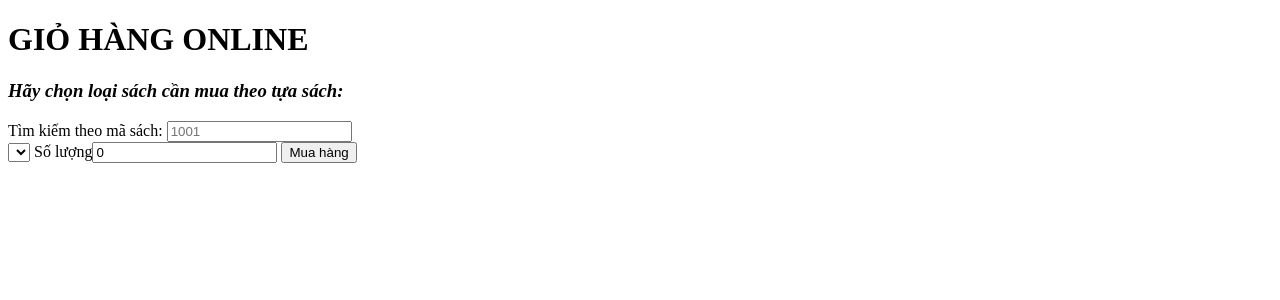
Repository: trangtruc/Java_NangCao
Page: http://localhost/Demo_Database/Myeshop.jsp
The author's editor kept a copy of each file at every save. The page is drawn from the files as they stood at one save, then again after the next save.
The browser window is 1280 px wide. The pictures show the whole page.
The page is served by Tomcat 9. Other server files are loaded and not shown. Queries for data that is not in the repository find no rows.

Above is the page before, as saved 2017-03-11 18:36:35.

### Buoi4/Demo_Database/WebContent/Myeshop.jsp
<%@page contentType="text/html" pageEncoding="UTF-8"%>
<%@page import="servlet.*" %>
<%@page import="java.util.ArrayList" %>
<!DOCTYPE HTML PUBLIC "-//W3C//DTD HTML 4.01 Transitional//EN"
    "http://www.w3.org/TR/html4/loose.dtd">

<html>
    <head>
        <title>My E-Shop</title>
        <script type="text/javascript">
            function kt(){
                var s=document.getElementById("sl").value;
                if(isNaN(s) || s<=0)
                    return false;
                return true;
            }
        </script>
    </head>
    <body>
        <h1>GIỎ HÀNG ONLINE</h1>
        <%
            DbActions db = new DbActions();
            ArrayList<Sanpham> dssp = db.getAllProducts();
        %>
        <form action="Access" method="post">
            <h3><i>Hãy chọn loại sách cần mua theo tựa sách:

            </i></h3>

            Tìm kiếm theo mã sách: <input type="text" name="monhang"  placeholder ="1001"/>
            </br>

			<select name="monhang">
                <%
            for (Sanpham sp : dssp) {%>
                <option value="<%=sp.getId()%>"><%=sp.getTitle()%></option>

                <%}%>
            </select>

            Số lượng<input name="soluong" value="0" id="sl"/>
            <input type="hidden" name="action" value="muahang"/>
            <input type="submit" value="Mua hàng" onclick="return kt()"/>


        </form>
        <br/>
        <jsp:include page="Myecart.jsp" flush="true"/>
    </body>
</html>

### Buoi4/Demo_Database/WebContent/Myecart.jsp
<%@page contentType="text/html" pageEncoding="UTF-8"%>
<%@page import="java.util.ArrayList" %>
<%@page import="servlet.*" %>
<%
	Object obj=session.getAttribute("giohang");
	if(obj!=null){
	    Giohang giohang=(Giohang)obj;
	    ArrayList<Monhang> dssp=giohang.getGiohang();
	    if(dssp.size()>0){
%>
<table align="center" border="1" width="95%">
    <tr>
        <th>STT</th>
        <th>Tên sách</th>
        <th>Tên tác giả</th>
        <th>Số lượng mua</th>
        <th>Đơn giá</th>
        <th>Số lượng hiện còn trong kho</th>
        <th>Thành tiền</th>
        <th></th>
    </tr>

    <%int i=1;
    for(Monhang mhang:dssp){

    	 String ms=mhang.getSanpham().getId();
    	 String tua=mhang.getSanpham().getTitle();
         String tgia=mhang.getSanpham().getAuthor();
         int sl=mhang.getSoluong();
         double dg=mhang.getSanpham().getPrice();
         int qty =mhang.getSanpham().getQty();

        %>

        <tr>
            <td><%=ms%></td>
            <td><%=tua%></td>
            <td><%=tgia%></td>
            <td><%=sl%></td>
            <td><%=dg%></td>
            <td><%=qty-sl%></td>
            <td><%=dg*sl%></td>
            <td>
                <form action="Access" method="post">
                    <input type="hidden" name="action" value="trahang"/>
                    <input type="hidden" name="mssp" value="<%=ms%>"/>
                    <input type="submit" value="Trả hàng"/>
                </form>
            </td>
        </tr>
    <%}%>
    </table>
    <br/>
        <center>
            <form method="post" action="Access">
                <input type="hidden" name="action" value="checkout"/>
                <input type="submit" value="Check out"/>
            </form>
        </center>
   <%}
   }
%>

### Buoi4/Demo_Database/src/servlet/DbActions.java
package servlet;

import java.sql.Connection;
import java.sql.DriverManager;
import java.sql.ResultSet;
import java.sql.Statement;
import java.util.ArrayList;

import servlet.Sanpham;

public class DbActions {
	private Connection conn;

	public DbActions() throws Exception{
		Class.forName("com.mysql.jdbc.Driver");
		conn = DriverManager.getConnection("jdbc:mysql://localhost:3306/ebookshop","root","");

	}





	public Sanpham getSanPhamId(String id) throws Exception {
		Sanpham sp=null;
		Statement stmt = conn.createStatement();
		String sql = "select * from books where id="+id+"";

		ResultSet rs = stmt.executeQuery(sql);
		if(rs.next()){
			String i = rs.getString("id");
			String t = rs.getString("title");
            String author = rs.getString("author");
            Float price = rs.getFloat("price");
            int quantity = rs.getInt("qty");
            sp = new Sanpham(i, t, author, price, quantity);
		}

		return sp;

	}


	public Sanpham getSanPhamAuthor(String author) throws Exception {
		Sanpham sp=null;
		Statement st = conn.createStatement();
		String sql = "SELECT * FROM books WHERE author = "
                + "'" + author + "'"
                + " AND qty > 0 ORDER BY author ASC, title ASC";
		ResultSet rs = st.executeQuery(sql);
		if(rs.next()){
			String id = rs.getString("id");
			String t = rs.getString("title");
            String au = rs.getString("author");
            Float price = rs.getFloat("price");
            int quantity = rs.getInt("qty");
            sp = new Sanpham(id, t, au, price, quantity);
		}

		return sp;
	}
	   /**
     * Lấy tât cả sản phẩm
     * @return danh sách sản phẩm
     * @throws Exception
     */
    public ArrayList<Sanpham> getAllProducts() throws Exception {
        ArrayList<Sanpham> ds = new ArrayList<Sanpham>();
        ResultSet rs = null;
        Statement stmt = conn.createStatement();
        String sql = "select * from books";
        rs = stmt.executeQuery(sql);
        while(rs.next()){
        	String id = rs.getString("id");
        	String t = rs.getString("title");
            String author = rs.getString("author");
            Float price = rs.getFloat("price");
            int quantity = rs.getInt("qty");
            ds.add(new Sanpham(id, t, author, price, quantity));
        }
        return ds;
    }


}

After the next save:
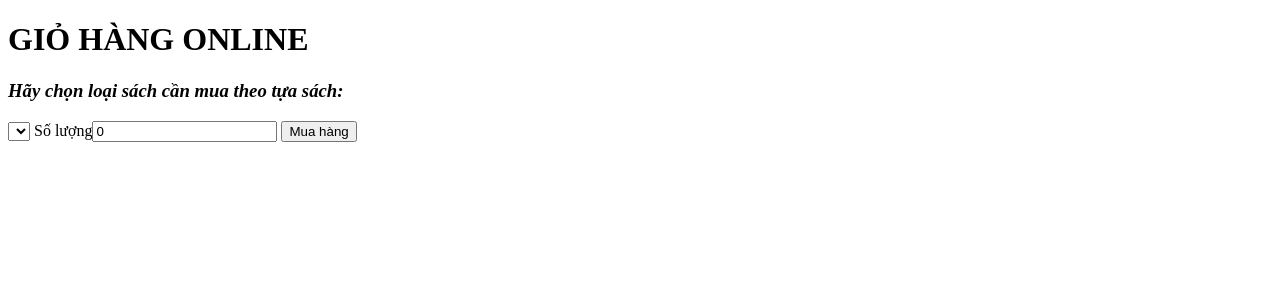
Saved 86 s later.
--- a/Buoi4/Demo_Database/WebContent/Myeshop.jsp
+++ b/Buoi4/Demo_Database/WebContent/Myeshop.jsp
@@ -27,8 +27,7 @@
 
             </i></h3>
 
-            Tìm kiếm theo mã sách: <input type="text" name="monhang"  placeholder ="1001"/>
-            </br>
+
 
 			<select name="monhang">
                 <%
